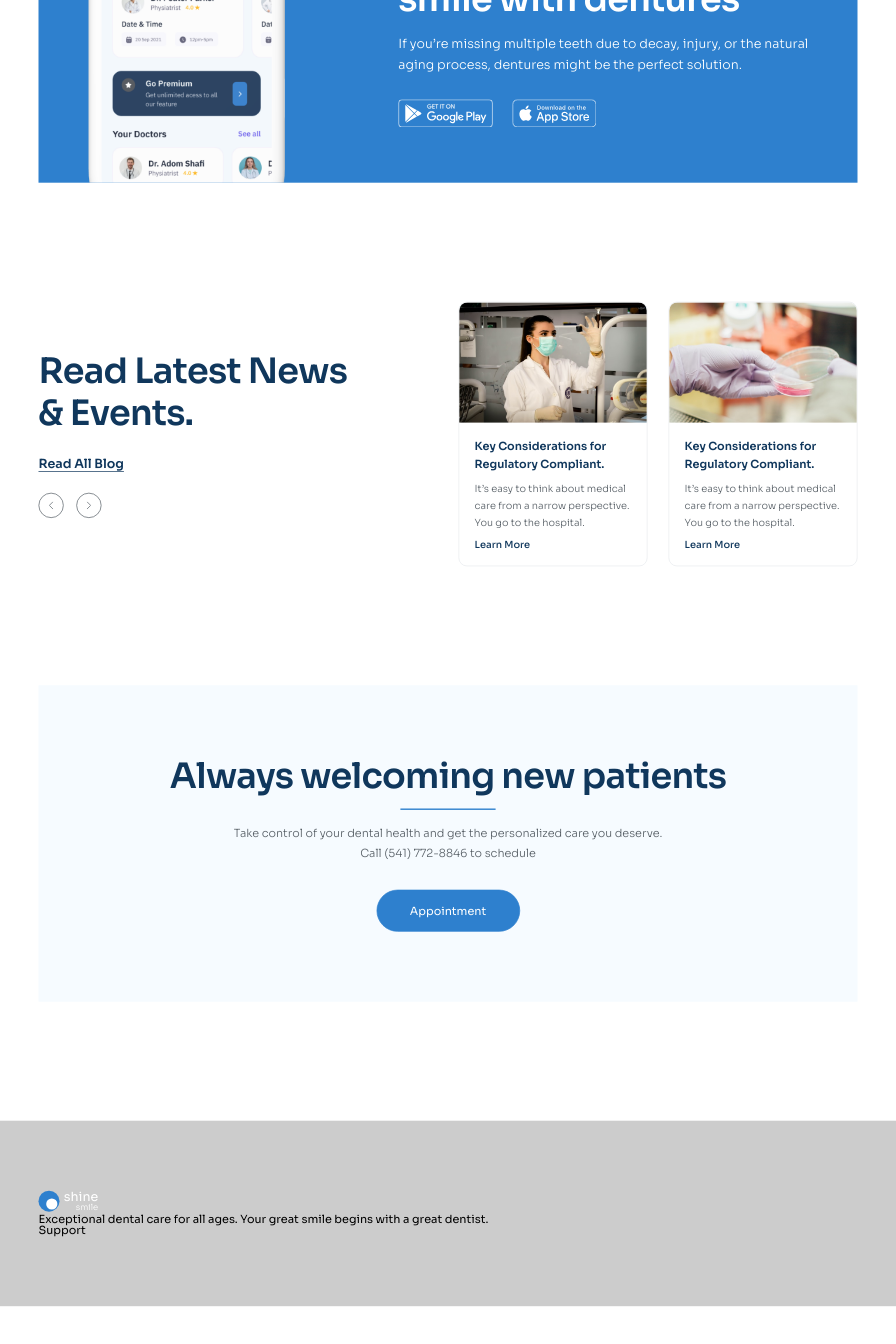
Repository: han2003dz/f8-project-03
Page: index.html
The author's editor kept a copy of each file at every save. The page is drawn from the files as they stood at one save, then again after a run of saves.
The browser window is 1280 px wide. The pictures show the part of the page from y = 4580 to 6500 px (the page is 8000 px tall), at 70% of full size.

Above is the page before, as saved 2023-05-09 00:08:10.

After the next 4 saves:
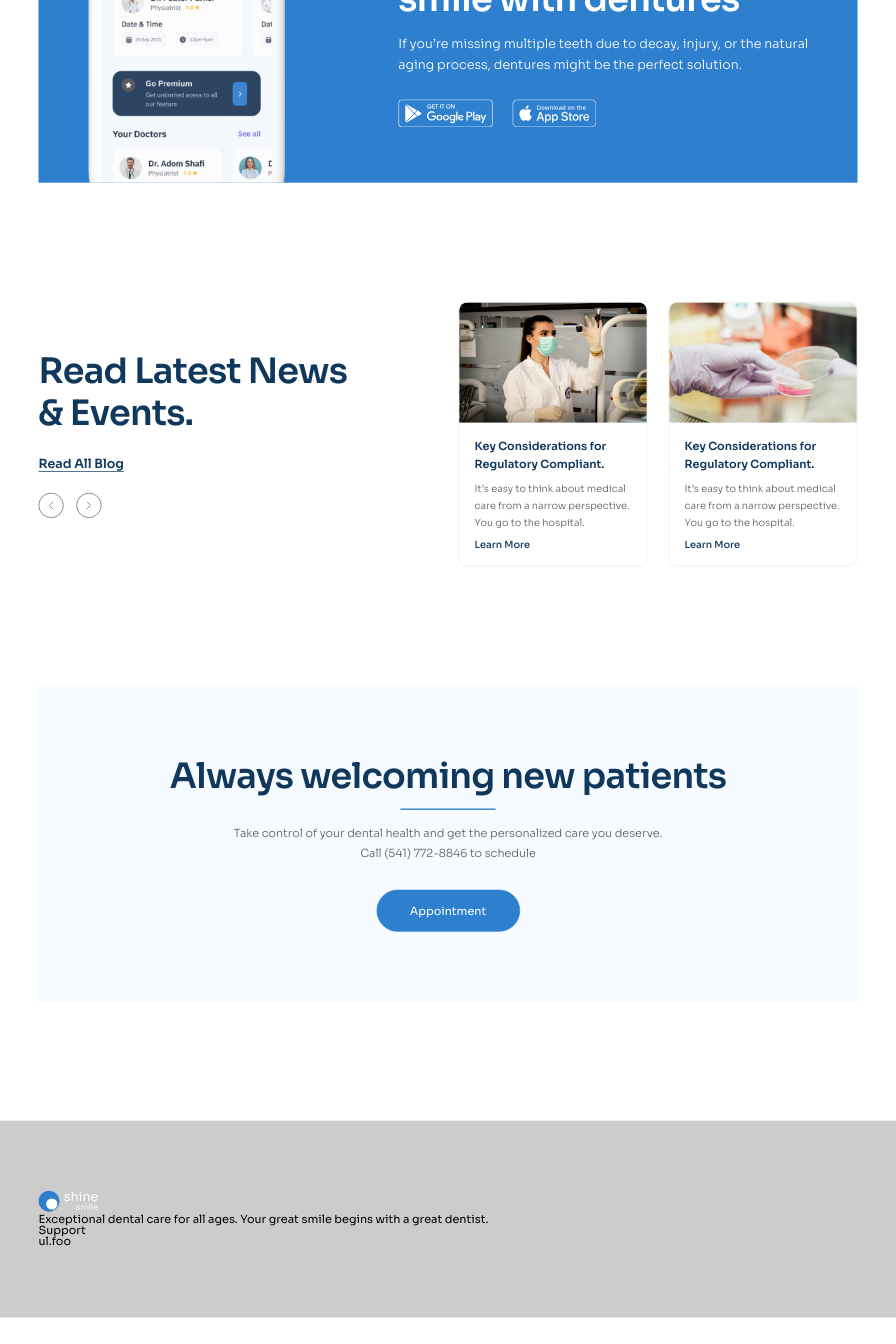
The 4 saves are shown as one change because they came seconds apart.
The last was saved 12 s later.
--- a/index.html
+++ b/index.html
@@ -396,6 +396,7 @@
                 </div>
                 <div class="footer__col">
                     <h3 class="footer__heading">Support</h3>
+                    ul.foo
                 </div>
                 <div class="footer__col"></div>
                 <div class="footer__col"></div>
